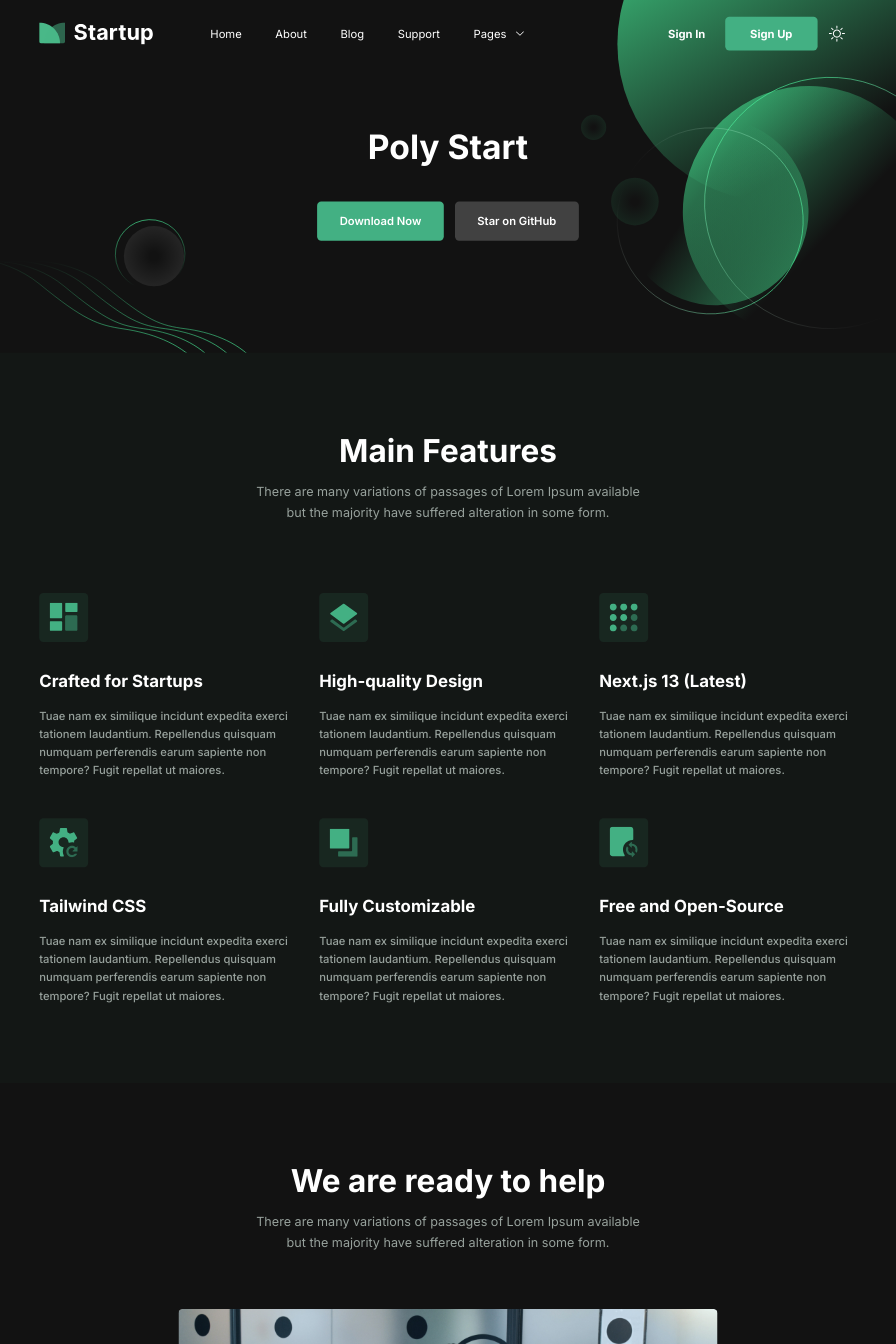
Repository: mosesvk/_startupPoly
Page: /
An editor plug-in stored every save of this project. The page is shown before and after the next save, followed by the edit.
The browser window is 1280 px wide. The pictures show the part of the page from y = 0 to 1920 px (the page is 8122 px tall), at 70% of full size.
The project was rebuilt for these pictures with package versions that can differ from the ones it lists, and the page was loaded fresh each time. The framework's server and built-in components were replaced by stand-ins that run in the browser. Also part of the build but not shown: next.config.js.

Above is the page before, as saved 2023-08-23 13:50:17.

After the next save:
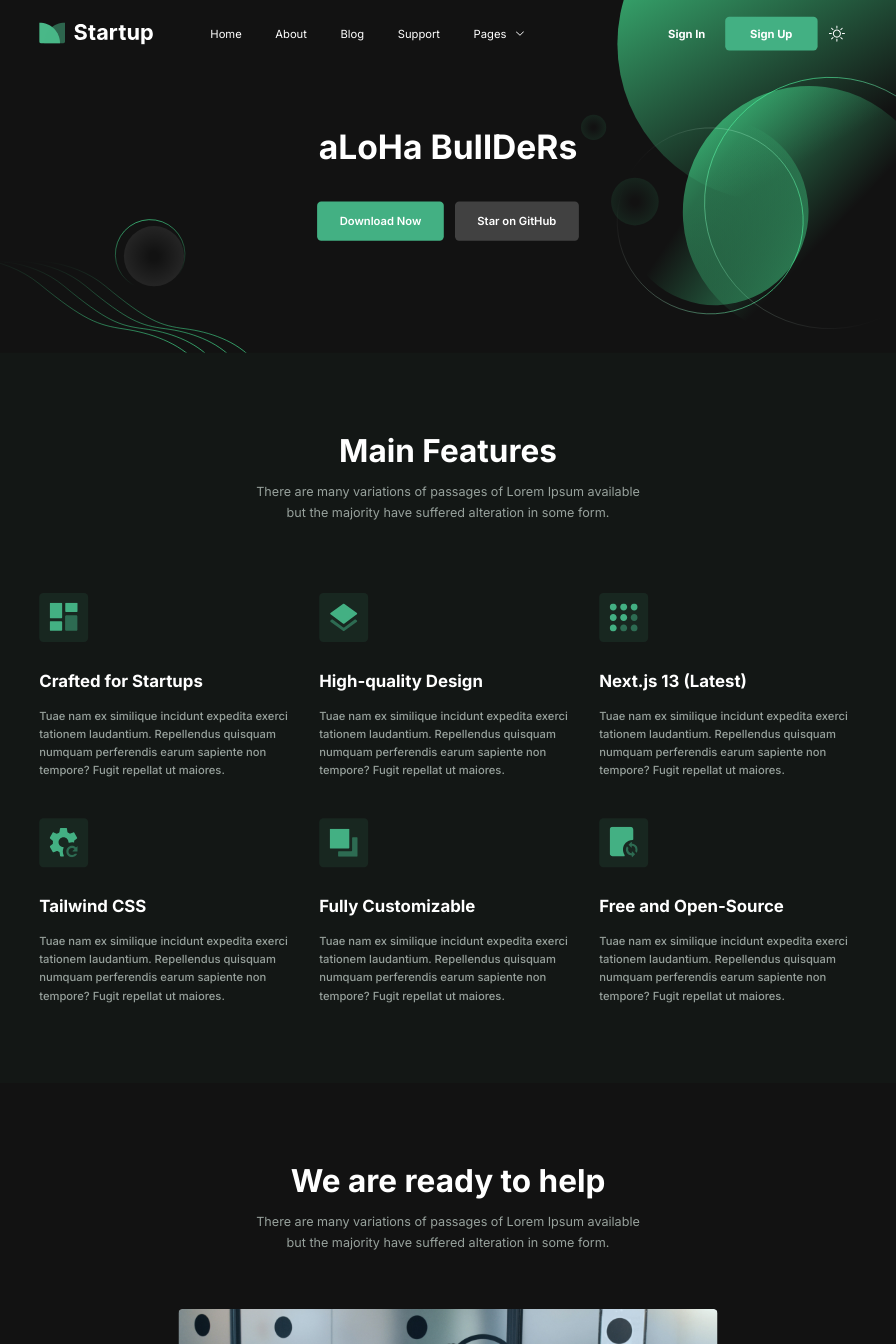
Saved 4 min 36 s later.
--- a/components/Hero/index.tsx
+++ b/components/Hero/index.tsx
@@ -15,7 +15,7 @@
                 data-wow-delay=".2s"
               >
                 <h1 className="mb-5 text-3xl font-bold leading-tight text-black dark:text-white sm:text-4xl sm:leading-tight md:text-5xl md:leading-tight">
-                  Poly Start
+                  aLoHa BuIlDeRs
                 </h1>
                 <p className="mb-12 text-base font-medium !leading-relaxed text-body-color dark:text-white dark:opacity-90 sm:text-lg md:text-xl">
 
